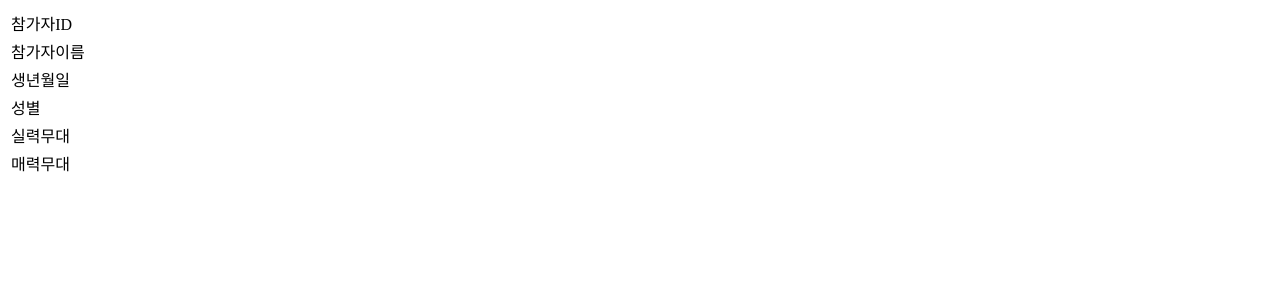
Repository: khs220507/WebClass
Page: prj0828/src/main/webapp/Audition/register.html
These files come from the project's save history. The page is drawn as it stood at one moment and after the next save; the edit follows.
The browser window is 1280 px wide. The pictures show the whole page.

Above is the page before, as saved 2023-08-28 07:56:36.

### prj0828/src/main/webapp/Audition/register.html
<!DOCTYPE html>
<html>
<head>
<meta charset="UTF-8">
<title>Insert title here</title>
</head>
<body>
	<table>
		<tr>
			<td>참가자ID</td>
			<td></td>
		</tr>
		<tr>
			<td>참가자이름</td>
			<td></td>
		</tr>
		<tr>
			<td>생년월일</td>
			<td></td>
		</tr>
		<tr>
			<td>성별</td>
			<td></td>
		</tr>
		<tr>
			<td>실력무대</td>
			<td></td>
		</tr>
		<tr>
			<td>매력무대</td>
			<td></td>
		</tr>
		<tr>
			<td colspan="2"></td>

		</tr>
	</table>
</body>
</html>

After the next save:
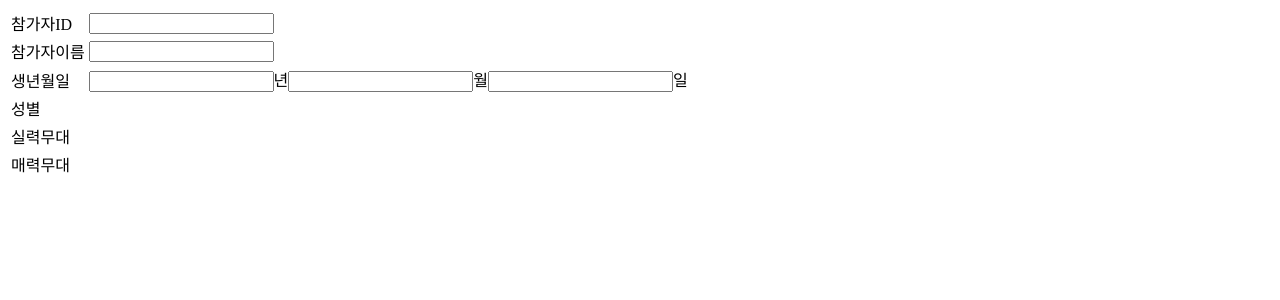
Saved 48 s later.
--- a/prj0828/src/main/webapp/Audition/register.html
+++ b/prj0828/src/main/webapp/Audition/register.html
@@ -8,15 +8,15 @@
 	<table>
 		<tr>
 			<td>참가자ID</td>
-			<td></td>
+			<td><input type="text"></td>
 		</tr>
 		<tr>
 			<td>참가자이름</td>
-			<td></td>
+			<td><input type="text"></td>
 		</tr>
 		<tr>
 			<td>생년월일</td>
-			<td></td>
+			<td><input type="text">년<input type="text">월<input type="text">일</td>
 		</tr>
 		<tr>
 			<td>성별</td>
